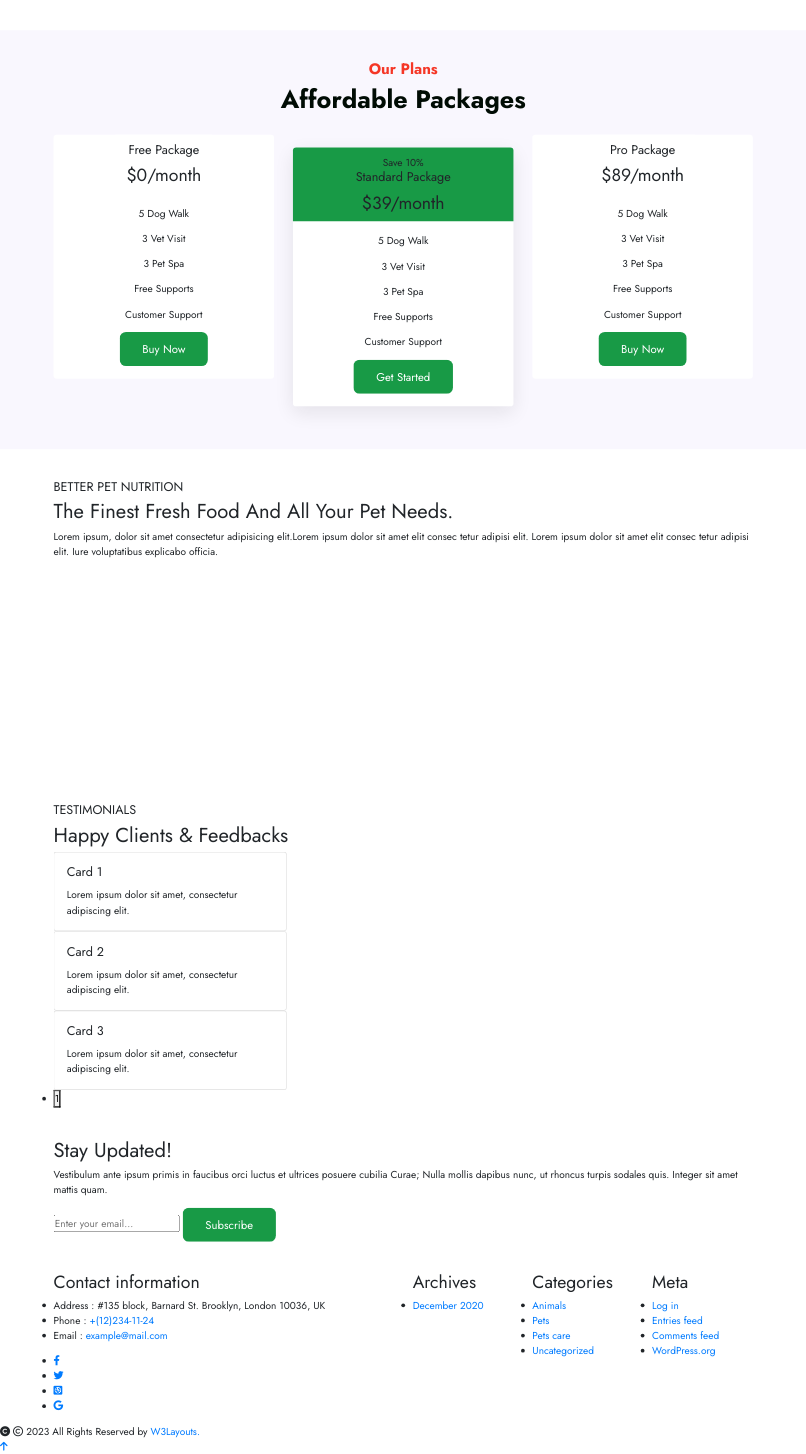
Repository: thanhfrankie/poochcare
Page: index.html
The author's editor kept a copy of each file at every save. The page is drawn from the files as they stood at one save, then again after a run of saves.
The browser window is 1280 px wide. The pictures show the whole page, at 63% of full size.
Pictures or frames that could not be fetched are drawn as grey boxes.

Above is the page before, as saved 2023-12-20 22:26:37.

### index.html
<!DOCTYPE html>
<html lang="en">
  <head>
    <title>Pooch Care</title>
    <!-- Required meta tags -->
    <meta charset="utf-8" />
    <meta
      name="viewport"
      content="width=device-width, initial-scale=1, shrink-to-fit=no"
    />
    <!-- FONT AWESOME -->
    <link
      rel="stylesheet"
      href="https://cdnjs.cloudflare.com/ajax/libs/font-awesome/6.4.2/css/all.min.css"
      integrity="sha512-z3gLpd7yknf1YoNbCzqRKc4qyor8gaKU1qmn+CShxbuBusANI9QpRohGBreCFkKxLhei6S9CQXFEbbKuqLg0DA=="
      crossorigin="anonymous"
      referrerpolicy="no-referrer"
    />
    <!-- Bootstrap CSS -->
    <link
      rel="stylesheet"
      href="https://stackpath.bootstrapcdn.com/bootstrap/4.3.1/css/bootstrap.min.css"
      integrity="sha384-ggOyR0iXCbMQv3Xipma34MD+dH/1fQ784/j6cY/iJTQUOhcWr7x9JvoRxT2MZw1T"
      crossorigin="anonymous"
    />
    <!-- Font Jost -->
    <link rel="preconnect" href="https://fonts.googleapis.com" />
    <link rel="preconnect" href="https://fonts.gstatic.com" crossorigin />
    <link
      href="https://fonts.googleapis.com/css2?family=Jost:wght@300;400;700&display=swap"
      rel="stylesheet"
    />
    <!-- Pricing CSS -->
    <link rel="stylesheet" href="./css/pricing.css" />
    <!-- pet food CSS (em đặt tên nutrition hay pet-nutrition hay pet__nutrition nó không cho đặt vậy ạ) -->
    <link rel="stylesheet" href="./css/petfood.css" />
    <!-- Testimonials CSS -->
    <link rel="stylesheet" href="./css/testimonials.css" />
    <!-- Subscribe CSS -->
    <link rel="stylesheet" href="./css/subscribe.css" />
    <!-- footer CSS -->
    <link rel="stylesheet" href="./css/footer.css" />
    <!-- Main CSS -->
    <link rel="stylesheet" href="./css/style.css" />
  </head>
  <body>
    <!-- Pricing -->
    <section class="pricing" id="pricing">
      <div class="container mt-5 py-5">
        <div class="title">
          <h4>Our Plans</h4>
          <h2>Affordable Packages</h2>
        </div>
        <div class="row mt-6 ">
          <!-- Pricing Card 1 -->
          <div class="col-lg-4">
            <div class="card">
              <div class="card-header">
                <h5 class="card-title">Free Package</h5>
                <h3 class="card-text">$0/month</h3>
              </div>
              <div class="card-body">
                <p class="card-text">5 Dog Walk</p>
                <p class="card-text">3 Vet Visit</p>
                <p class="card-text">3 Pet Spa</p>
                <p class="card-text">Free Supports</p>
                <p class="card-text">Customer Support</p>
                <a href="#" class="btn btn-buy">Buy Now</a>
              </div>
            </div>
          </div>

          <!-- Pricing Card 2 -->
          <div class="col-lg-4">
            <div class="card card2">
              <div class="card-header">
                <div class="card-save">Save 10%</div>
                <h5 class="card-title">Standard Package</h5>
                <h3 class="card-text">$39/month</h3>
              </div>
              <div class="card-body">
                <p class="card-text">5 Dog Walk</p>
                <p class="card-text">3 Vet Visit</p>
                <p class="card-text">3 Pet Spa</p>
                <p class="card-text">Free Supports</p>
                <p class="card-text">Customer Support</p>
                <a href="#" class="btn btn-buy">Get Started</a>
              </div>
            </div>
          </div>

          <!-- Pricing Card 3 -->
          <div class="col-lg-4">
            <div class="card">
              <div class="card-header">
                <h5 class="card-title">Pro Package</h5>
                <h3 class="card-text">$89/month</h3>
              </div>
              <div class="card-body">
                <p class="card-text">5 Dog Walk</p>
                <p class="card-text">3 Vet Visit</p>
                <p class="card-text">3 Pet Spa</p>
                <p class="card-text">Free Supports</p>
                <p class="card-text">Customer Support</p>
                <a href="#" class="btn btn-buy">Buy Now</a>
              </div>
            </div>
          </div>
        </div>
      </div>
    </section>
    <!-- PET NUTRITION -->
    <section class="nutrition">
      <div class="container mt-5">
        <h5>BETTER PET NUTRITION</h5>
        <h2>The Finest Fresh Food And All Your Pet Needs.</h2>
        <p>
          Lorem ipsum, dolor sit amet consectetur adipisicing elit.Lorem ipsum
          dolor sit amet elit consec tetur adipisi elit. Lorem ipsum dolor sit
          amet elit consec tetur adipisi elit. Iure voluptatibus explicabo
          officia.
        </p>
        <iframe
          width="560"
          height="315"
          src="https://www.youtube.com/embed/JXUTJNv4j6A?si=1nzgvqwKbkVzJ4BS"
          title="YouTube video player"
          frameborder="0"
          allow="accelerometer; autoplay; clipboard-write; encrypted-media; gyroscope; picture-in-picture; web-share"
          allowfullscreen
        ></iframe>
      </div>
    </section>
    <!-- TESTIMONIALS -->
    <section class="testimonial">
      <div class="container mt-5">
        <h5>TESTIMONIALS</h5>
        <h2>Happy Clients & Feedbacks</h2>
        <div class="slick-carousel">
          <!-- Slick Carousel Item 1 -->
          <div class="card">
            <div class="card-body">
              <h5 class="card-title">Card 1</h5>
              <p class="card-text">
                Lorem ipsum dolor sit amet, consectetur adipiscing elit.
              </p>
            </div>
          </div>

          <!-- Slick Carousel Item 2 -->
          <div class="card">
            <div class="card-body">
              <h5 class="card-title">Card 2</h5>
              <p class="card-text">
                Lorem ipsum dolor sit amet, consectetur adipiscing elit.
              </p>
            </div>
          </div>

          <!-- Slick Carousel Item 3 -->
          <div class="card">
            <div class="card-body">
              <h5 class="card-title">Card 3</h5>
              <p class="card-text">
                Lorem ipsum dolor sit amet, consectetur adipiscing elit.
              </p>
            </div>
          </div>
        </div>
      </div>
    </section>
    <!-- Subscribe -->
    <section class="subscribe">
      <div class="container mt-5">
        <h2>Stay Updated!</h2>
        <p>
          Vestibulum ante ipsum primis in faucibus orci luctus et ultrices
          posuere cubilia Curae; Nulla mollis dapibus nunc, ut rhoncus turpis
          sodales quis. Integer sit amet mattis quam.
        </p>
        <input
          type="email"
          name=""
          id="subscribe"
          placeholder="Enter your email..."
        />
        <button class="btn">Subscribe</button>
      </div>
    </section>
    <footer>
      <div class="container mt-5">
        <div class="row">
          <div class="col-lg-6">
            <h3>Contact information</h3>
            <ul class="footer__contact">
              <li>
                Address : #135 block, Barnard St. Brooklyn, London 10036, UK
              </li>
              <li>
                Phone :
                <span>
                  <a href="#">+(12)234-11-24</a>
                </span>
              </li>
              <li>
                Email :
                <span>
                  <a href="#">example@mail.com</a>
                </span>
              </li>
            </ul>
            <ul class="footer__social">
              <li>
                <a href="https://www.facebook.com/w3layouts/">
                  <i class="fa-brands fa-facebook-f"></i
                ></a>
              </li>
              <li>
                <a href="https://twitter.com/W3layouts"
                  ><i class="fa-brands fa-twitter"></i
                ></a>
              </li>
              <li>
                <a href="https://dribbble.com/w3layouts"
                  ><i class="fa-brands fa-square-dribbble"></i
                ></a>
              </li>
              <li>
                <a href="https://myaccount.google.com/intro/profile"
                  ><i class="fa-brands fa-google"></i
                ></a>
              </li>
            </ul>
          </div>
          <div class="col-lg-6">
            <div class="row">
              <div class="col-sm-4">
                <h3>Archives</h3>
                <ul>
                  <li>
                    <a href="#"> December 2020 </a>
                  </li>
                </ul>
              </div>
              <div class="col-sm-4">
                <h3>Categories</h3>
                <ul>
                  <li>
                    <a href="#"> Animals </a>
                  </li>
                  <li>
                    <a href="#"> Pets </a>
                  </li>
                  <li>
                    <a href="#"> Pets care </a>
                  </li>
                  <li>
                    <a href="#"> Uncategorized </a>
                  </li>
                </ul>
              </div>
              <div class="col-sm-4">
                <h3>Meta</h3>
                <ul>
                  <li>
                    <a href="#"> Log in </a>
                  </li>
                  <li>
                    <a href="#"> Entries feed </a>
                  </li>
                  <li>
                    <a href="#"> Comments feed </a>
                  </li>
                  <li>
                    <a href="#"> WordPress.org </a>
                  </li>
                </ul>
              </div>
            </div>
          </div>
        </div>
      </div>
      <div class="copyright">
        <i class="fa fa-copyright" aria-hidden="true"></i>
        <i class="fa-regular fa-copyright"></i>
        <span
          >2023 All Rights Reserved by
          <a href="https://w3layouts.com/">W3Layouts.</a></span
        >
      </div>
    </footer>
    <a href="#" class="backToTop cd-top text-replace js-cd-top">
      <i class="fa fa-arrow-up"></i>
    </a>
    <!-- Optional JavaScript -->
    <!-- jQuery first, then Popper.js, then Bootstrap JS -->
    <script
      src="https://code.jquery.com/jquery-3.3.1.slim.min.js"
      integrity="sha384-q8i/X+965DzO0rT7abK41JStQIAqVgRVzpbzo5smXKp4YfRvH+8abtTE1Pi6jizo"
      crossorigin="anonymous"
    ></script>
    <script
      src="https://cdnjs.cloudflare.com/ajax/libs/popper.js/1.14.7/umd/popper.min.js"
      integrity="sha384-UO2eT0CpHqdSJQ6hJty5KVphtPhzWj9WO1clHTMGa3JDZwrnQq4sF86dIHNDz0W1"
      crossorigin="anonymous"
    ></script>
    <script
      src="https://stackpath.bootstrapcdn.com/bootstrap/4.3.1/js/bootstrap.min.js"
      integrity="sha384-JjSmVgyd0p3pXB1rRibZUAYoIIy6OrQ6VrjIEaFf/nJGzIxFDsf4x0xIM+B07jRM"
      crossorigin="anonymous"
    ></script>
    <!-- slick carousel  -->
    <script
      src="https://cdnjs.cloudflare.com/ajax/libs/slick-carousel/1.8.1/slick.min.js"
      integrity="sha512-XtmMtDEcNz2j7ekrtHvOVR4iwwaD6o/FUJe6+Zq+HgcCsk3kj4uSQQR8weQ2QVj1o0Pk6PwYLohm206ZzNfubg=="
      crossorigin="anonymous"
      referrerpolicy="no-referrer"
    ></script>
    <script>
      // Initialize Slick Carousel
      $(".slick-carousel").slick({
        slidesToShow: 3,
        slidesToScroll: 1,
        dots: true,
        prevArrow: '<button type="button" class="slick-prev">&#9665;</button>',
        nextArrow: '<button type="button" class="slick-next">&#9655;</button>',
        responsive: [
          {
            breakpoint: 768,
            settings: {
              slidesToShow: 2,
            },
          },
          {
            breakpoint: 576,
            settings: {
              slidesToShow: 1,
            },
          },
        ],
      });
    </script>
  </body>
</html>

### css/pricing.css
.pricing {
  background-color: #f9f7fe;
}
.pricing .container {
  width: 100%;
}
.pricing .container .title {
  display: flex;
  justify-content: center;
  align-items: center;
  flex-direction: column;
  padding-bottom: 25px;
}
.pricing .container .title h4 {
  color: #f53626;
  font-weight: 550;
}
.pricing .title h2 {
  font-size: 40px;
  font-weight: 600;
  line-height: 48px;
  text-transform: capitalize;
  color: #000c04;
}
.pricing .container .row {
  /* border: 1px solid blue; */
}
.pricing .container .row .card {
  display: flex;
  justify-content: center;
  align-items: center;
  flex-direction: column;
  text-align: center;
  background-color: #ffffff;
  border-radius: 5px;
  border: none;
}
.pricing .container .row .card .card-header {
    background-color: white;
    border:  none;
}
.pricing .container .row .card2 {
  margin: 20px 0;
  box-shadow: 0 10px 30px 0 rgba(17, 17, 17, 0.09);
  z-index: 1;
}
.pricing .container .row .card2 .card-header {
  width: 100%;
  background-color: #189a46;
  border-top-right-radius: 5px;
  border-top-left-radius: 5px;
  line-height: 1.5;
}
/* .pricing .container .row .card2 .card-header::before {
    content: "";
    width: 100%;
    height: 150px;
    position: absolute;
    top: 0;
    left: 0;
    background-color: #189a46;
    transform: translateY(-50%);
    z-index: -1;
    margin-top: 50px;
} */
.btn-buy,.btn {
    background-color: #189a46;
    padding: 12px 35px;
    font-size: 18px;
    line-height: 28px;
    text-transform: capitalize;
    font-weight: 400;
    color: white;
    border-radius: 10px;
}
.btn:hover {
    color: #fff;
    background-color: #116E32;
    border-color: #116E32;
}
.pricing .container .row .card2 .btn-buy:hover{
    background-color: #189a46;
    border-color: #189a46;
}

### css/testimonials.css
TESTIMONIALS

### css/style.css
/* Global */
* {
  padding: 0;
  margin: 0;
  box-sizing: border-box;
}
html,
body {
  font-family: "Jost", sans-serif;
}

Loaded but not shown: css/footer.css (no copy from this time; the picture is the same without it); css/petfood.css (no copy from this time; the picture is the same without it); css/subscribe.css (no copy from this time; the picture is the same without it)

After the next 2 saves:
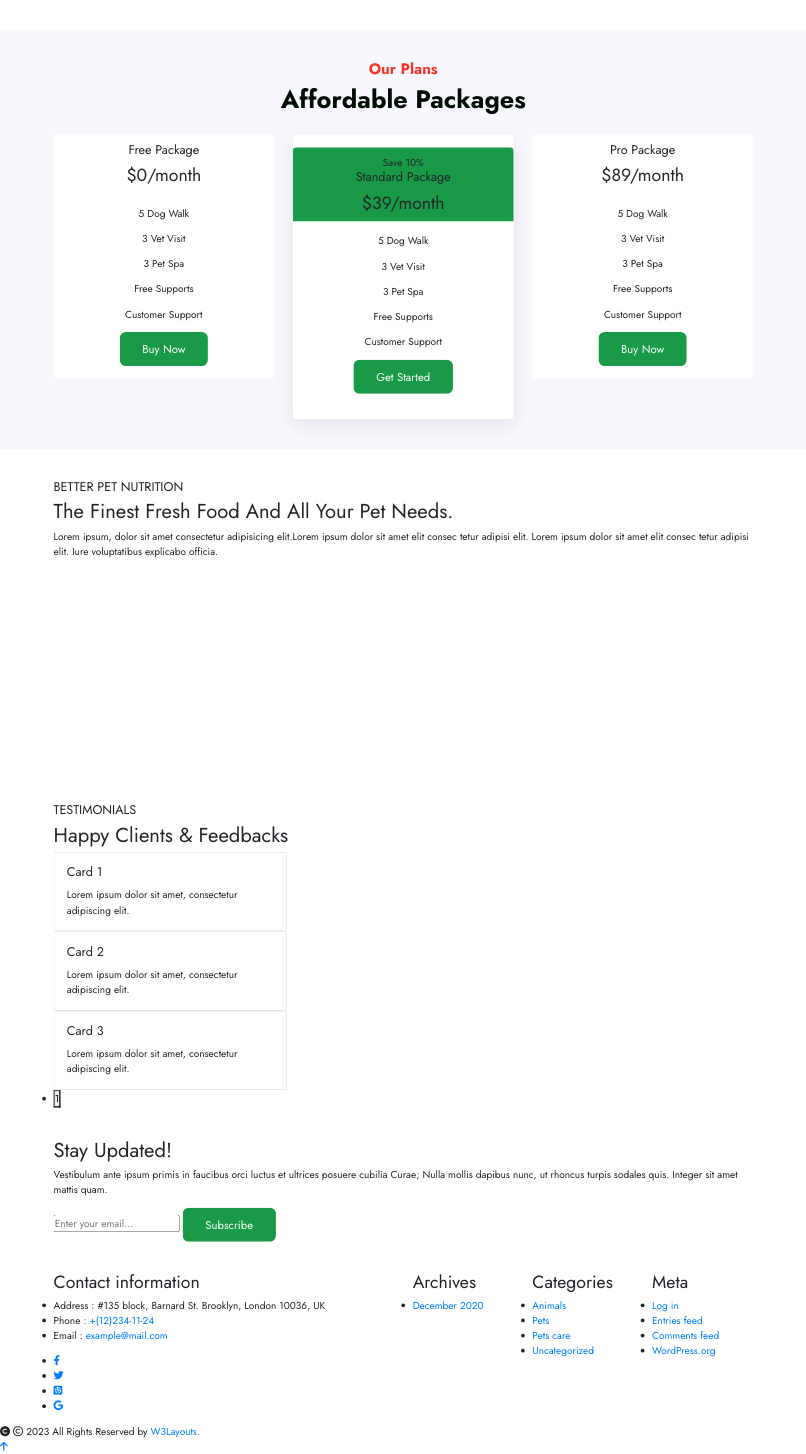
The 2 saves are shown as one change because they came seconds apart.
The last was saved 18 s later.
--- a/css/pricing.css
+++ b/css/pricing.css
@@ -40,7 +40,7 @@
     border:  none;
 }
 .pricing .container .row .card2 {
-  margin: 20px 0;
+  padding: 20px 0;
   box-shadow: 0 10px 30px 0 rgba(17, 17, 17, 0.09);
   z-index: 1;
 }
